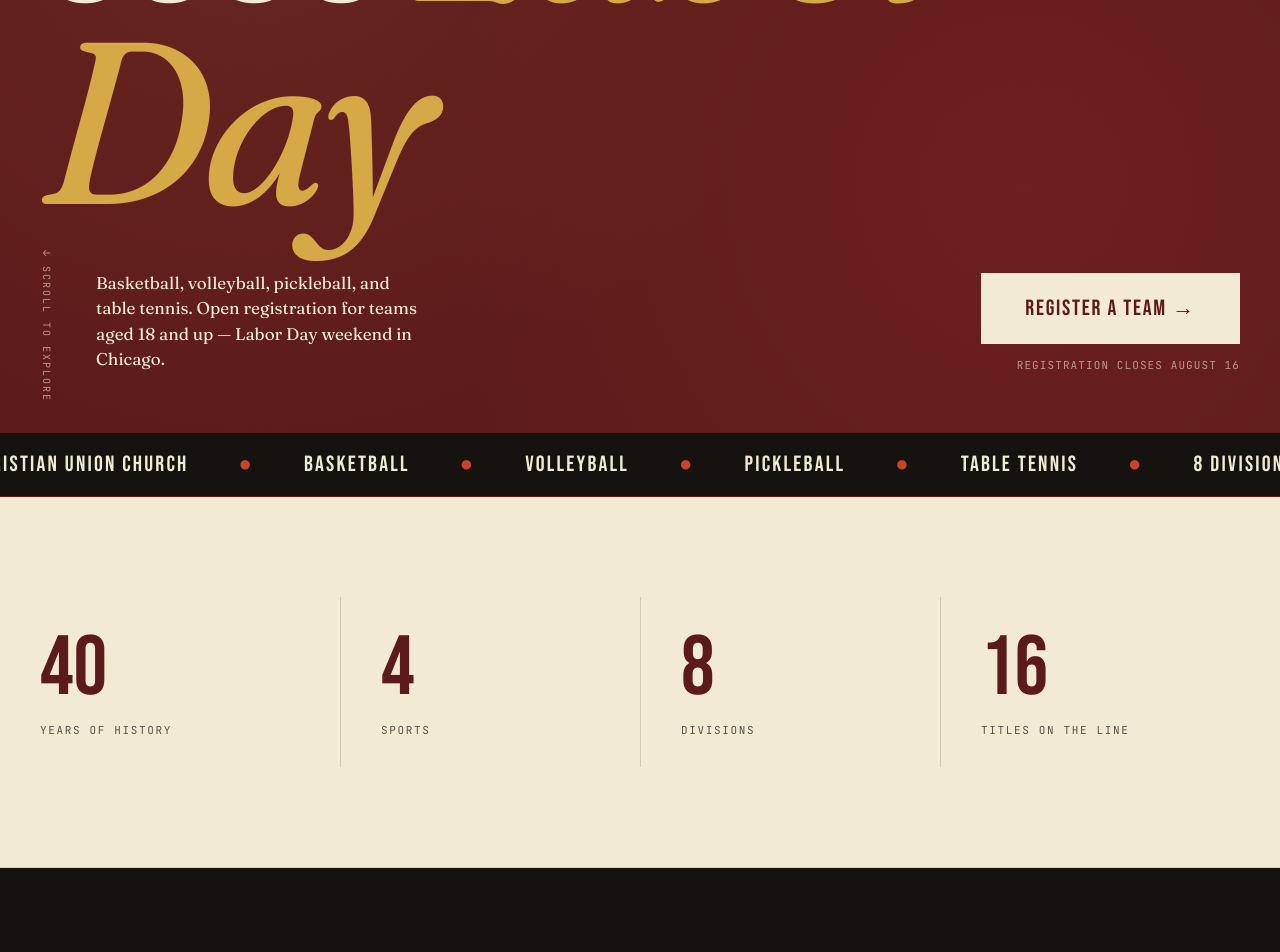
Repository: fakebrianho/lbd
Page: index.html
These files come from the project's save history. The page is drawn as it stood at one moment and after the next save; the edit follows.
The browser window is 1280 px wide. The pictures show the part of the page from y = 394 to 1346 px (the page is 2682 px tall before and 2707 px after).

Above is the page before, as saved 2026-07-08 12:50:31.

After the next save:
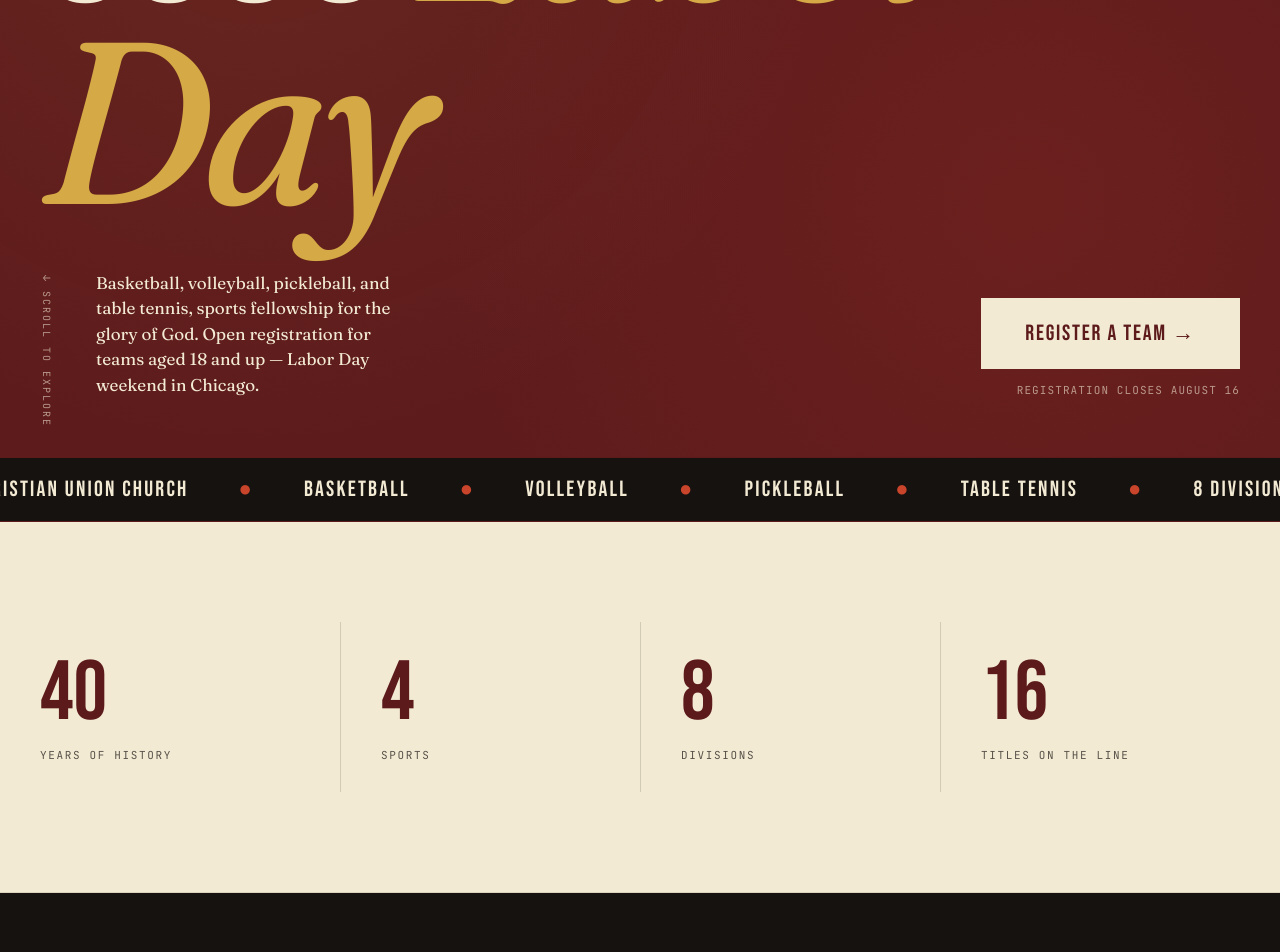
Saved 20 s later.
--- a/index.html
+++ b/index.html
@@ -43,7 +43,7 @@
 
     <div class="hero-info">
       Basketball, volleyball, pickleball, and table
-      tennis. Open registration for teams aged 18
+      tennis, sports fellowship for the glory of God. Open registration for teams aged 18
       and up — Labor Day weekend in Chicago.
     </div>
 
